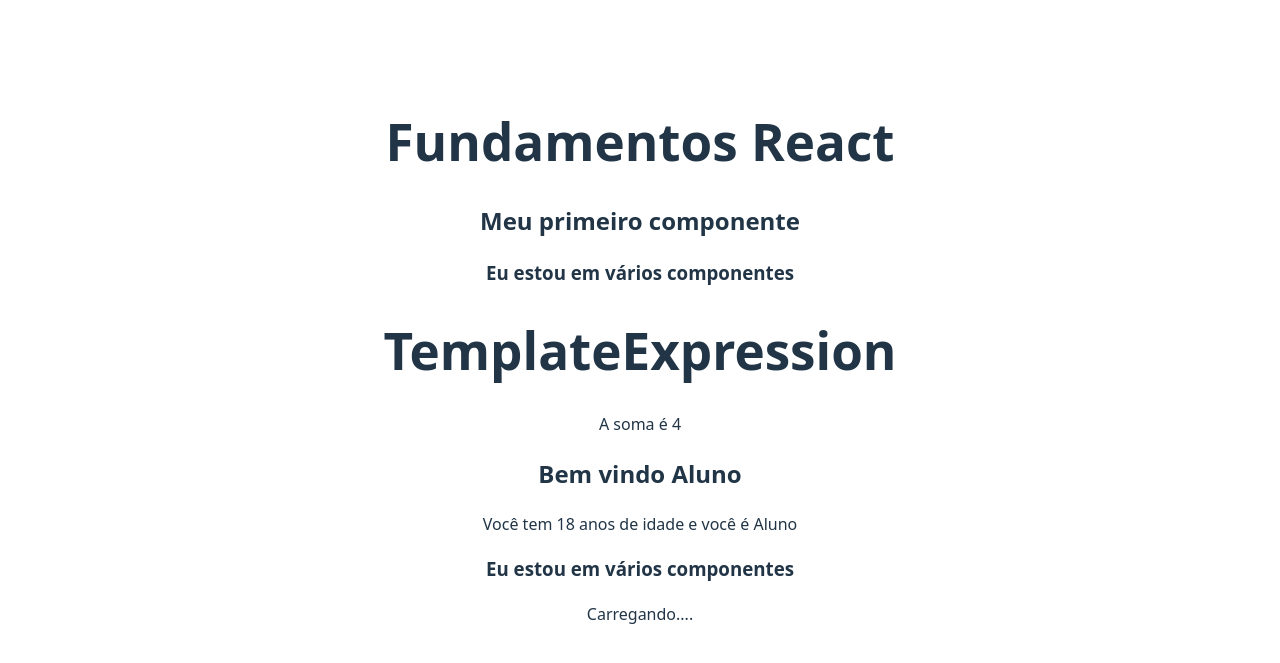
Repository: bellincanta/ReactNative
Page: / (app in Projetos/aulaReact/)
The author's editor kept a copy of each file at every save. The page is drawn from the files as they stood at one save, then again after the next save.
The browser window is 1280 px wide. The pictures show the whole page.
The project was rebuilt for these pictures with package versions that can differ from the ones it lists, and the page was loaded fresh each time. Also part of the build but not shown: Projetos/aulaReact/vite.config.ts.

Above is the page before, as saved 2025-06-12 15:57:21.

After the next save:
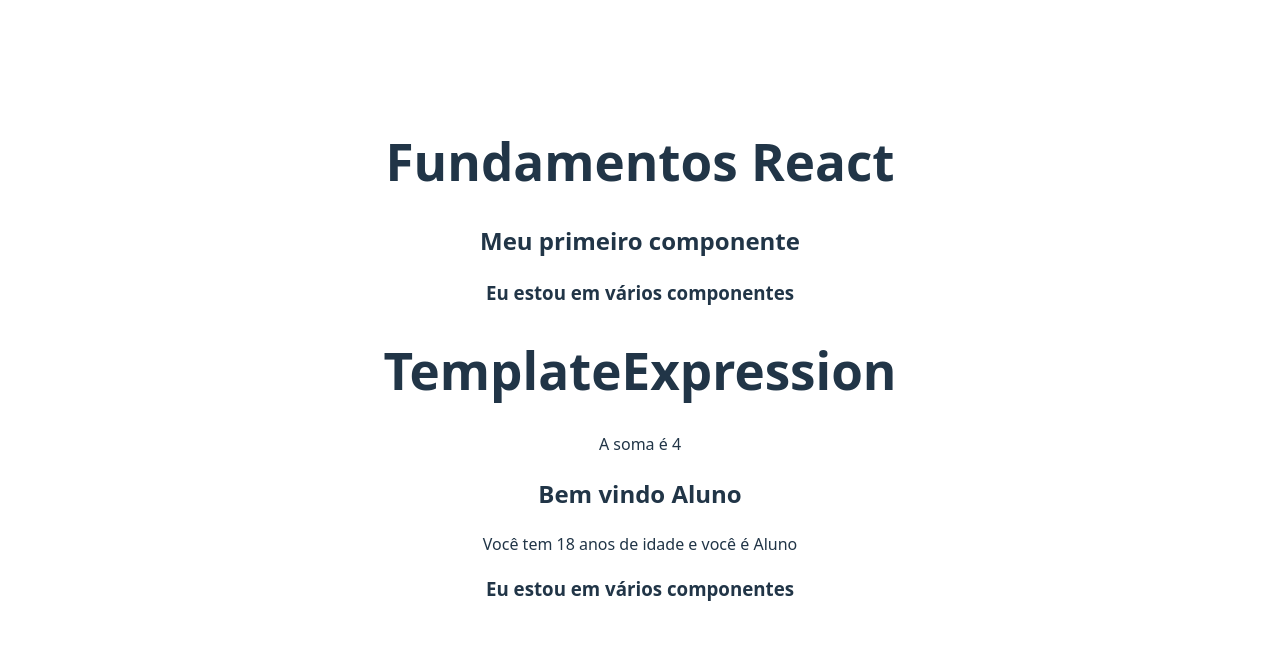
Saved 30 s later.
--- a/Projetos/aulaReact/src/components/Evento.tsx
+++ b/Projetos/aulaReact/src/components/Evento.tsx
@@ -17,7 +17,7 @@
     }
   }
 
-return (a > b) && <p>Carregando....</p>
+return (b > a) && <p>Carregando....</p>
 
   return (
     <div>
